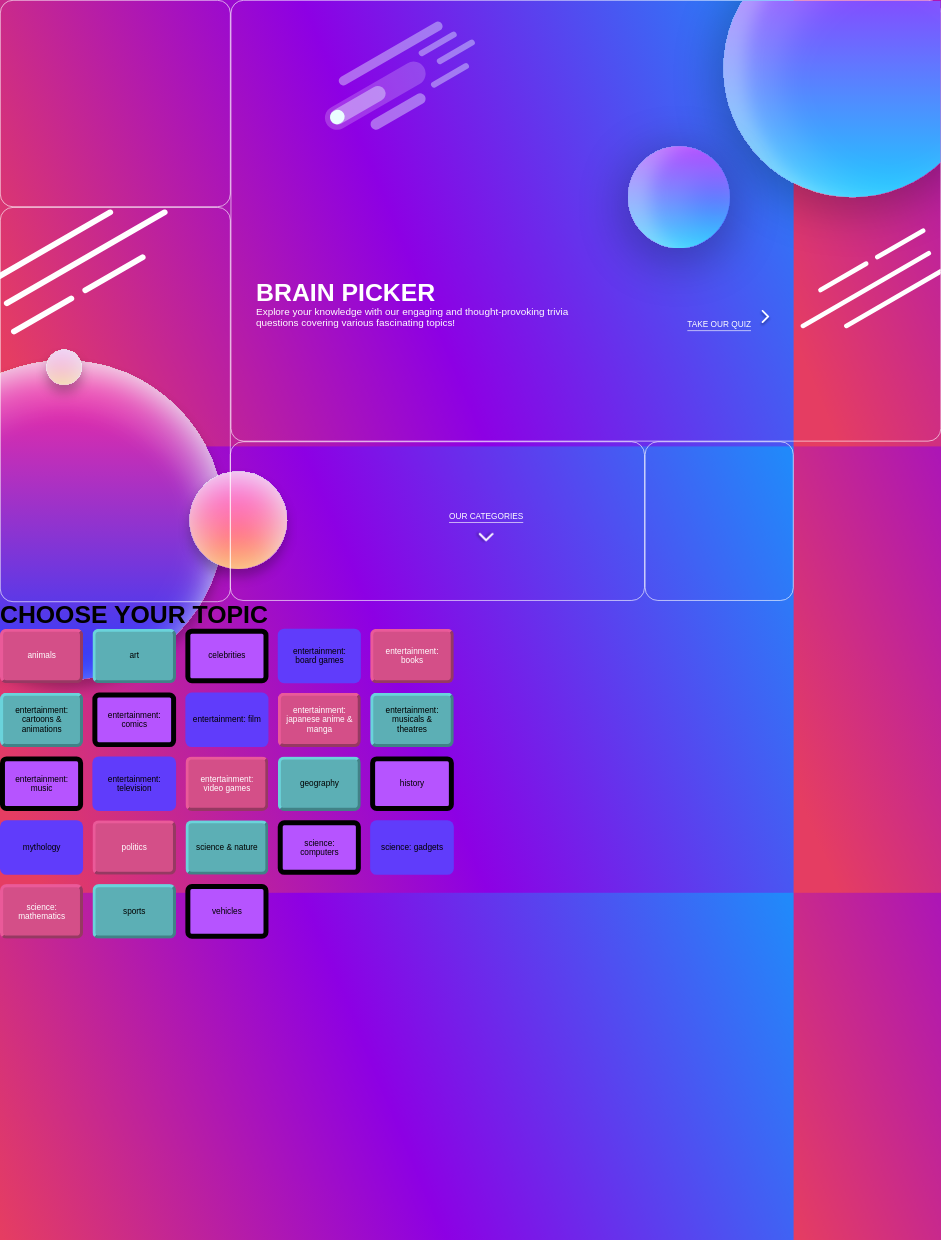
Repository: pjiang604/COMP-2170_Final-Project
Page: index.html
These files come from the project's save history. The page is drawn as it stood at one moment and after the next save; the edit follows.
The browser window is 1280 px wide. The page is 1518 px wide, so the pictures cover 1518 px, including what lies to the right of the window. The pictures show the whole page, at 62% of full size.
Backgrounds fixed to the window are drawn as part of the page.

Above is the page before, as saved 2023-04-30 12:55:46.

### index.html
<!DOCTYPE html>
<html lang="en">
  <head>
    <meta charset="UTF-8">
    <meta http-equiv="X-UA-Compatible" content="IE=edge">
    <meta name="viewport" content="width=device-width, initial-scale=1.0">
    <link rel="stylesheet" href="style.css">
    <title> Brain Picker </title>
    <script src="/easy.js"></script>
    <script src="/medium.js"></script>
    <script src="/hard.js"></script>
  </head>
  <body>
    <div class="container">
      <div class="graphic__left">
        <img class="bottom__left_sphere" src="/Assets/bg_graphics/bottom_left_sphere_group.svg" alt="">
        <img class="left__shooting_star" src="/Assets/bg_graphics/shooting_star_left.svg" alt="">
      </div>
      <div class="left__containers">
        <div class="left__container_top"></div>
        <div class="left__container_bottom"></div>
      </div>
      <div class="quiz__container">
        <div class="left__content">
          <h1> BRAIN PICKER </h1>
          <p> Explore your knowledge with our engaging and thought-provoking trivia questions covering various fascinating topics! </p>
        </div>
        <div class="right__content">
          <div class="graphics">
            <img class="shooting__star_top" src="/Assets/bg_graphics/shooting_star_alt.svg" alt="">
            <img class="top__right_sphere" src="/Assets/bg_graphics/top_right_sphere_group.svg" alt="">
            <img class="star__right" src="/Assets/bg_graphics/shooting_star_right.svg" alt="">
          </div>
          <div class="quiz__button">
            <a href="#">
              <button class="take__quiz_button"> TAKE OUR QUIZ </button>
              <img class="quiz__arrow" src="/Assets/buttons/arrow-head.svg" alt="">
            </a>
          </div>
        </div>
      </div>
    </div>
    <div class="bottom__containers">
      <div class="bottom__container_left">
        <a href="#">
          <button class="categories__button"> OUR CATEGORIES </button>
        </a>
        <img class="categories__arrow" src="/Assets/buttons/arrow-head.svg" alt="" width="30px">
      </div>
      <div class="bottom__container_right"></div>
    </div>

    <div class="categories__section">
      <h1 class="topics_header">CHOOSE YOUR TOPIC</h1>

      <div class="categories_container">
        <button class='topic_button1' id="animals">animals</button>
        <button class='topic_button2' id="art">art</button>
        <button class='topic_button3' id="celebrities">celebrities</button>
        <button class='topic_button4' id="board_games">entertainment: board games</button>
        <button class='topic_button1' id="books">entertainment: books</button>
        <button class='topic_button2' id="cartoons_animations">entertainment: cartoons & animations</button>
        <button class='topic_button3' id="comics">entertainment: comics</button>
        <button class='topic_button4' id="film">entertainment: film</button>
        <button class='topic_button1' id="japanese_anime">entertainment: japanese anime & manga</button>
        <button class='topic_button2' id="musicals_theatre">entertainment: musicals & theatres</button>
        <button class='topic_button3' id="music">entertainment: music</button>
        <button class='topic_button4' id="television">entertainment: television</button>
        <button class='topic_button1' id="video_games">entertainment: video games</button>
        <button class='topic_button2' id="geography">geography</button>
        <button class='topic_button3' id="history">history</button>
        <button class='topic_button4' id="mythology">mythology</button>
        <button class='topic_button1' id="politics">politics</button>
        <button class='topic_button2' id="science_nature">science & nature</button>
        <button class='topic_button3' id="computers">science: computers</button>
        <button class='topic_button4' id="gadgets">science: gadgets </button>
        <button class='topic_button1' id="mathematics">science: mathematics</button>
        <button class='topic_button2' id="sports">sports</button>
        <button class='topic_button3' id="vehicles">vehicles</button>
      </div>
    </div>

  </body>
</html>

### style.css
:root {
	--font-family: Arial, Helvetica, sans-serif;
	--font-weight-general: normal;
	--font-weight-light: 100;
	--font-weight-bold: bold;
	--font-size-body: 12pt;
	--font-size-heading: 30pt;
	--font-size-sub-heading: 22pt;

	--white: #fff;
	--black: #000000;
}

h1 {
	font-size: var(--font-size-heading);
	font-weight: var(--font-weight-bold);
	font-family: var(--font-family);
}

h2 {
	font-size: var(--font-size-sub-heading);
	font-weight: var(--font-weight-bold);
	font-family: var(--font-family);
}

p {
	font-size: var(--font-size-body);
	font-weight: var(--font-weight-general);
	font-family: var(--font-family);
}

* {
	margin: 0;
}

body {
	/* Linear gradient bg */
	background: linear-gradient(247.38deg, #2189FA 0.96%, #8D00E4 50.19%, #E53D62 95.42%);
	min-height: 2000px;
	background-attachment: fixed;
	background-position: center;
	background-repeat: no-repeat;
	background-size: cover;
	max-width: 100%;
}

/**Main container**/
.container {
	display: flex;
}

.bottom__left_sphere {
	position: absolute;
	width: 30rem;
	top: 35rem;
	z-index: -1;
}

.left__shooting_star {
	width: 17rem;
	position: absolute;
	top: 21rem;
}

/**Left containers**/
.left__container_top {
	box-sizing: border-box;
	display: flex;
	width: 372px;
	height: 334px;
	border: 0.25px solid #FFFFFF;
	border-radius: 21px;
}

.left__container_bottom {
	box-sizing: border-box;
	display: flex;
	width: 372px;
	height: 637px;
	border: 0.25px solid #FFFFFF;
	border-radius: 21px;
}

/**Bottom containers**/
.bottom__containers {
	display: flex;
	margin-top: -16.2rem;
	/* justify-content: end; */
	padding-left: 23.2rem;
}

.bottom__container_left {
	box-sizing: border-box;
	display: flex;
	width: 52.8rem;
	height: 257px;
	border: 0.25px solid #FFFFFF;
	border-radius: 21px;
}

.bottom__container_right {
	box-sizing: border-box;
	display: flex;
	width: 303px;
	height: 257px;
	border: 0.25px solid #FFFFFF;
	border-radius: 21px;
}

/**Quiz Section**/
.quiz__container {
	box-sizing: border-box;
	display: flex;
	width: 71.6rem;
	height: 44.5rem;
	border: 0.15px solid #FFFFFF;
	border-radius: 21px;
}

.shooting__star_top {
	position: absolute;
	right: 32rem;
	top: 2rem;
}

.top__right_sphere {
	display: flex;
	justify-content: end;
}

.star__right {
	display: flex;
	position: relative;
	float: right;
	bottom: 8rem;
}

.left__content {
	color: var(--white);
	width: 40rem;
	padding-left: 2.5rem;
	padding-top: 28rem;
}

.take__quiz_button {
	border: none;
	text-decoration: underline;
	text-underline-offset: 5px;
	color: var(--white);
	background: none;
	padding-left: 11rem;
	cursor: pointer;
}

.quiz__button>a {
	text-decoration: none;
}


.categories__button {
	border: none;
	text-decoration: underline;
	text-underline-offset: 5px;
	color: var(--white);
	background: none;
	padding-left: 22rem;
	padding-top: 7rem;
	cursor: pointer;
}

.categories__arrow {
	rotate: 90deg;
	margin-top: 2.5rem;
	position: absolute;
	left: 48rem;
	top: 50.5rem;
}

.bottom__container_left>a {
	text-decoration: none;
}


/** Topics Section **/

.categories_container{
	display: grid;
	grid-template-columns: 8.4rem 8.4rem 8.4rem 8.4rem 8.4rem;
	gap: .935rem;
}

.topic_button1{
	border-width: thick;
    color: var(--white);
    border-radius: 0.656rem;
    background-color: #d44f88;
    border-color: #ea5a99;

}

.topic_button2{
	width: 8.4rem;
	height: 5.5rem;
	background-color: #5CAFB5;
	border-radius: 0.656rem;
	border-color: #6ad3db;
	border-width: thick;
}
.topic_button3{
	width: 8.4rem;
	height: 5.5rem;
	background-color: #B654FF;
	border-radius: 0.656rem;
	border: .5rem solid;
}
.topic_button4{
	width: 8.4rem;
	height: 5.5rem;
	background-color: #603CFB;
	border-radius: 0.656rem;
	border: .5rem #603CFB;
}

Loaded but not shown: easy.js (no stored copy; drawn as an empty file); medium.js (no stored copy; drawn as an empty file); hard.js (no stored copy; drawn as an empty file)

After the next save:
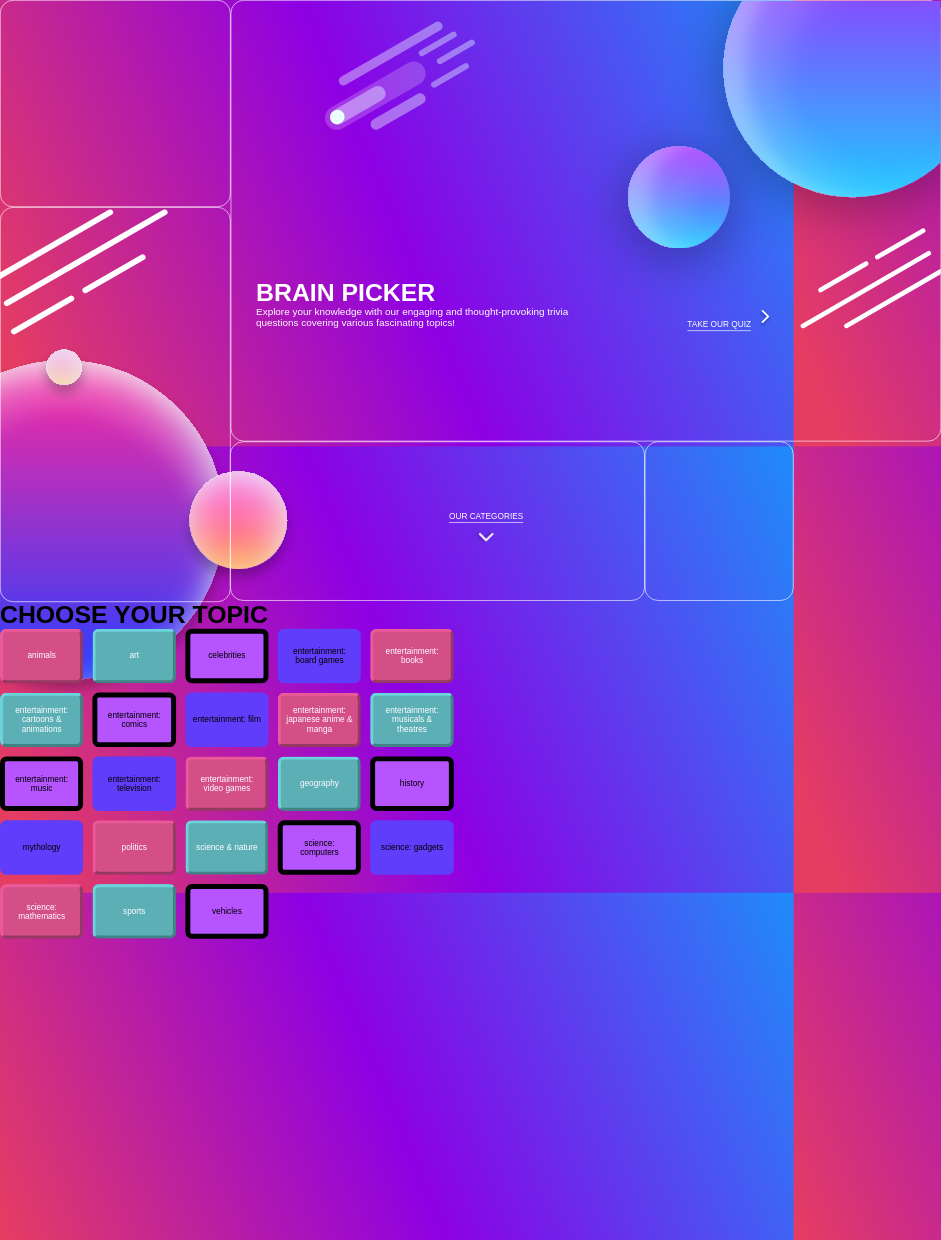
Saved 41 s later.
--- a/style.css
+++ b/style.css
@@ -199,9 +199,8 @@ body {
 }
 
 .topic_button2{
-	width: 8.4rem;
-	height: 5.5rem;
 	background-color: #5CAFB5;
+	color: var(--white);
 	border-radius: 0.656rem;
 	border-color: #6ad3db;
 	border-width: thick;
